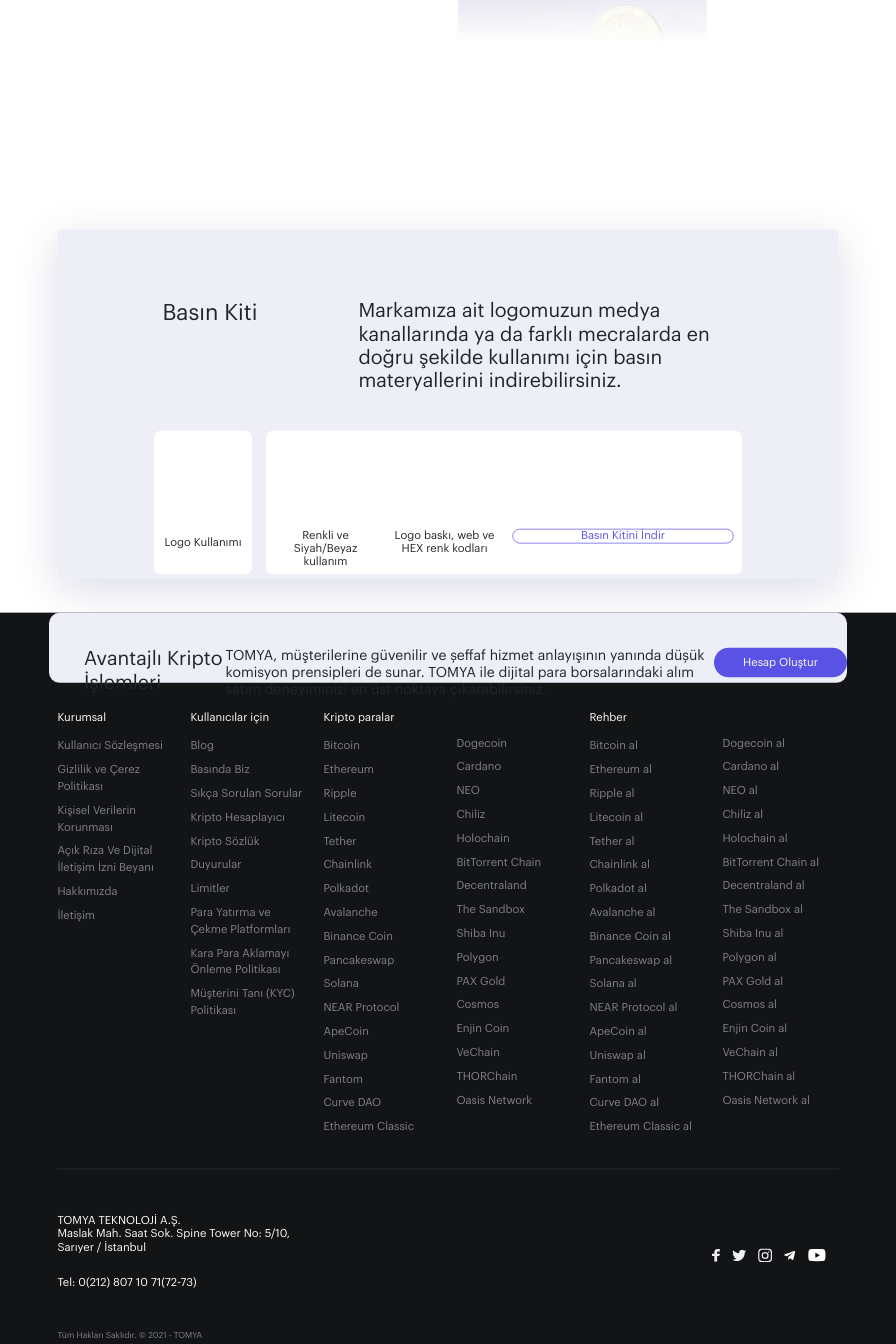
Repository: ezgibayrakli/TomyaProje
Page: index copy.html
An editor plug-in stored every save of this project. The page is shown before and after a run of saves, followed by the edit.
The browser window is 1280 px wide. The pictures show the part of the page from y = 3058 to 4978 px (the page is 5059 px tall), at 70% of full size.
Some web fonts or font styles are not loaded; a fallback is used.

Above is the page before, as saved 2023-07-06 20:48:14.

After the next 2 saves:
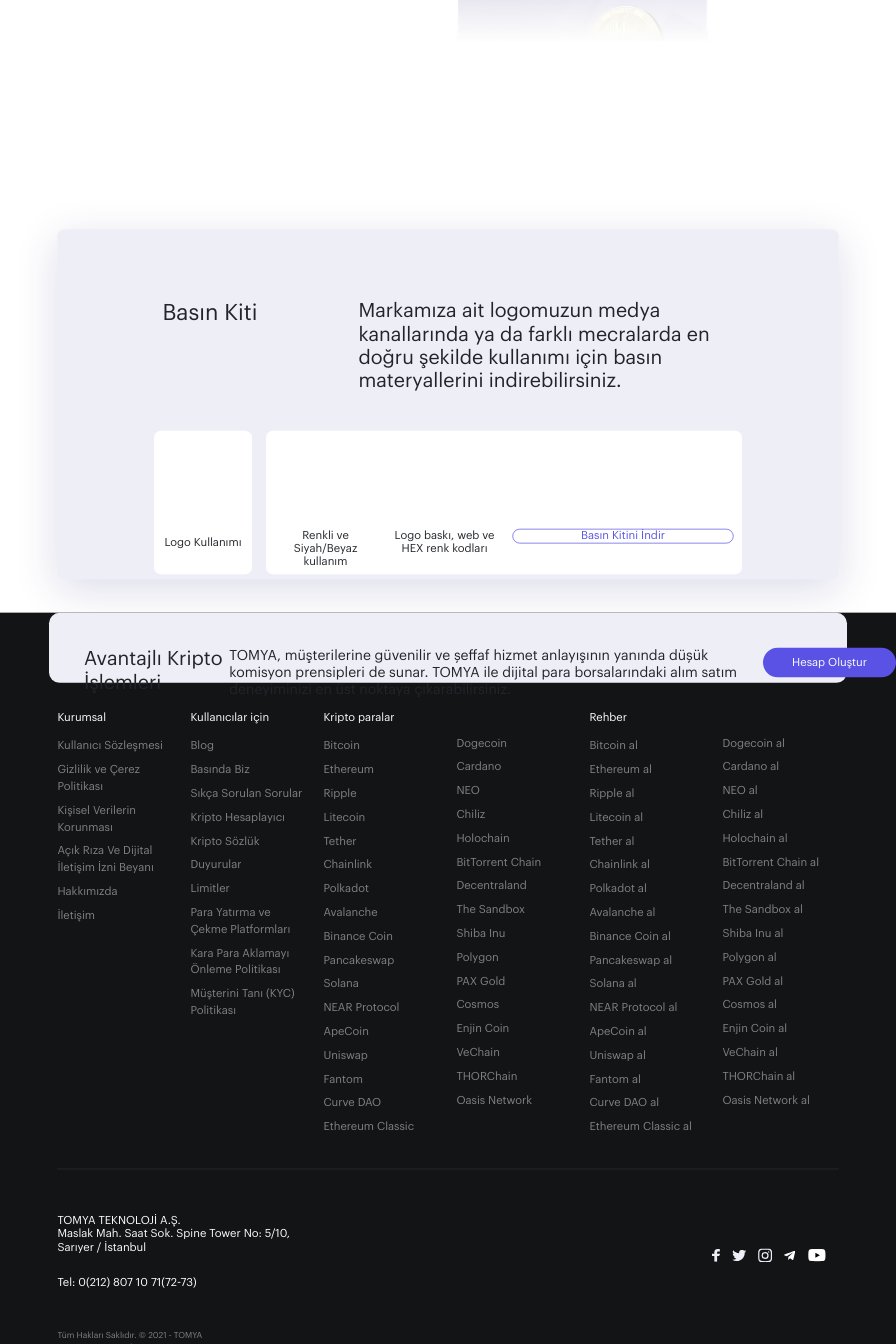
The 2 saves are shown as one change because they came seconds apart.
The last was saved 21 s later.
--- a/index copy.html
+++ b/index copy.html
@@ -208,8 +208,8 @@
 
     <!-- FOOTER START -->
     <div class="footer">
-        <div class="footer-one mt-5">
-            <div class="container" style="position: relative;">
+        <div class="footer-one mt-5" style="position: relative;">
+            <div class="container" >
                 <div class="wrap d-flex align-items-start flex-lg-row flex-column" style="position: absolute;">
                     <h3>Avantajlı Kripto İşlemleri</h3>
                     <h5 class="w-100 ml-lg-3 mt-lg-0 ">TOMYA, müşterilerine güvenilir ve șeffaf hizmet anlayışının yanında düșük komisyon prensipleri de sunar. TOMYA ile dijital para borsalarındaki alım satım deneyiminizi en üst noktaya çıkarabilirsiniz.</h5>
